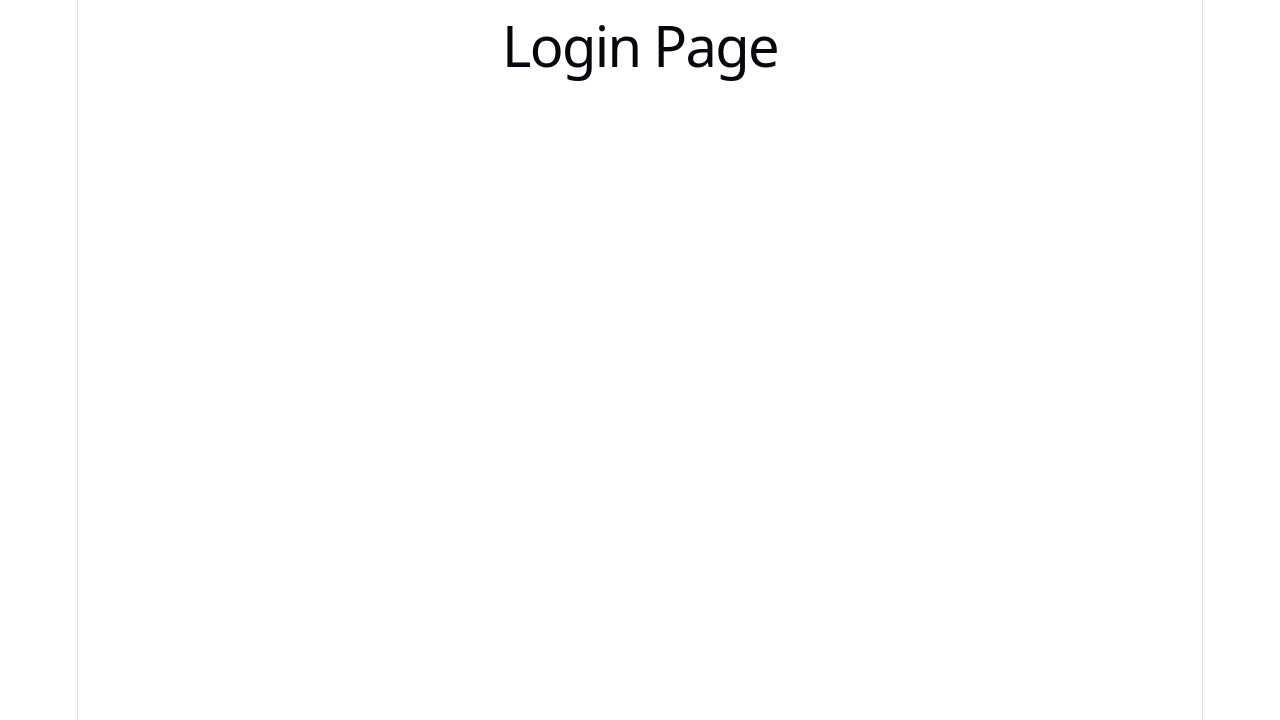
Repository: DeveshPatill/customer-support-crm-application
Page: / (app in client/client/)
These files come from the project's save history. The page is drawn as it stood at one moment and after the next save; the edit follows.
The browser window is 1280 px wide. The pictures show the whole page.
The project was rebuilt for these pictures with package versions that can differ from the ones it lists, and the page was loaded fresh each time. Also part of the build but not shown: client/client/vite.config.js, client/client/src/pages/Dashboard.jsx.

Above is the page before, as saved 2026-07-16 16:08:55.

### client/client/index.html
<!doctype html>
<html lang="en">
  <head>
    <meta charset="UTF-8" />
    <link rel="icon" type="image/svg+xml" href="/favicon.svg" />
    <meta name="viewport" content="width=device-width, initial-scale=1.0" />
    <title>client</title>
  </head>
  <body>
    <div id="root"></div>
    <script type="module" src="/src/main.jsx"></script>
  </body>
</html>

### client/client/src/index.css
:root {
  --text: #6b6375;
  --text-h: #08060d;
  --bg: #fff;
  --border: #e5e4e7;
  --code-bg: #f4f3ec;
  --accent: #aa3bff;
  --accent-bg: rgba(170, 59, 255, 0.1);
  --accent-border: rgba(170, 59, 255, 0.5);
  --social-bg: rgba(244, 243, 236, 0.5);
  --shadow:
    rgba(0, 0, 0, 0.1) 0 10px 15px -3px, rgba(0, 0, 0, 0.05) 0 4px 6px -2px;

  --sans: system-ui, 'Segoe UI', Roboto, sans-serif;
  --heading: system-ui, 'Segoe UI', Roboto, sans-serif;
  --mono: ui-monospace, Consolas, monospace;

  font: 18px/145% var(--sans);
  letter-spacing: 0.18px;
  color-scheme: light dark;
  color: var(--text);
  background: var(--bg);
  font-synthesis: none;
  text-rendering: optimizeLegibility;
  -webkit-font-smoothing: antialiased;
  -moz-osx-font-smoothing: grayscale;

  @media (max-width: 1024px) {
    font-size: 16px;
  }
}

@media (prefers-color-scheme: dark) {
  :root {
    --text: #9ca3af;
    --text-h: #f3f4f6;
    --bg: #16171d;
    --border: #2e303a;
    --code-bg: #1f2028;
    --accent: #c084fc;
    --accent-bg: rgba(192, 132, 252, 0.15);
    --accent-border: rgba(192, 132, 252, 0.5);
    --social-bg: rgba(47, 48, 58, 0.5);
    --shadow:
      rgba(0, 0, 0, 0.4) 0 10px 15px -3px, rgba(0, 0, 0, 0.25) 0 4px 6px -2px;
  }

  #social .button-icon {
    filter: invert(1) brightness(2);
  }
}

body {
  margin: 0;
}

#root {
  width: 1126px;
  max-width: 100%;
  margin: 0 auto;
  text-align: center;
  border-inline: 1px solid var(--border);
  min-height: 100svh;
  display: flex;
  flex-direction: column;
  box-sizing: border-box;
}

h1,
h2 {
  font-family: var(--heading);
  font-weight: 500;
  color: var(--text-h);
}

h1 {
  font-size: 56px;
  letter-spacing: -1.68px;
  margin: 32px 0;
  @media (max-width: 1024px) {
    font-size: 36px;
    margin: 20px 0;
  }
}
h2 {
  font-size: 24px;
  line-height: 118%;
  letter-spacing: -0.24px;
  margin: 0 0 8px;
  @media (max-width: 1024px) {
    font-size: 20px;
  }
}
p {
  margin: 0;
}

code,
.counter {
  font-family: var(--mono);
  display: inline-flex;
  border-radius: 4px;
  color: var(--text-h);
}

code {
  font-size: 15px;
  line-height: 135%;
  padding: 4px 8px;
  background: var(--code-bg);
}

### client/client/src/App.jsx
import { BrowserRouter, Routes, Route } from "react-router-dom";
import Login from "./pages/Login";
import Dashboard from "./pages/Dashboard";
import axios from "axios";
import { useEffect } from "react";

function App() {

  useEffect(() => {
    axios
      .get("http://localhost:5000")
      .then((res) => console.log(res.data))
      .catch((err) => console.log(err));
  }, []);

  return (
    <BrowserRouter>
      <Routes>
        <Route path="/" element={<Login />} />
        <Route path="/dashboard" element={<Dashboard />} />
      </Routes>
    </BrowserRouter>
  );
}

export default App;

### client/client/src/pages/Login.jsx
function Login() {
  return (
    <div>
      <h1>Login Page</h1>
    </div>
  );
}

export default Login;

Loaded but not shown: client/client/src/main.jsx (common file)

After the next save:
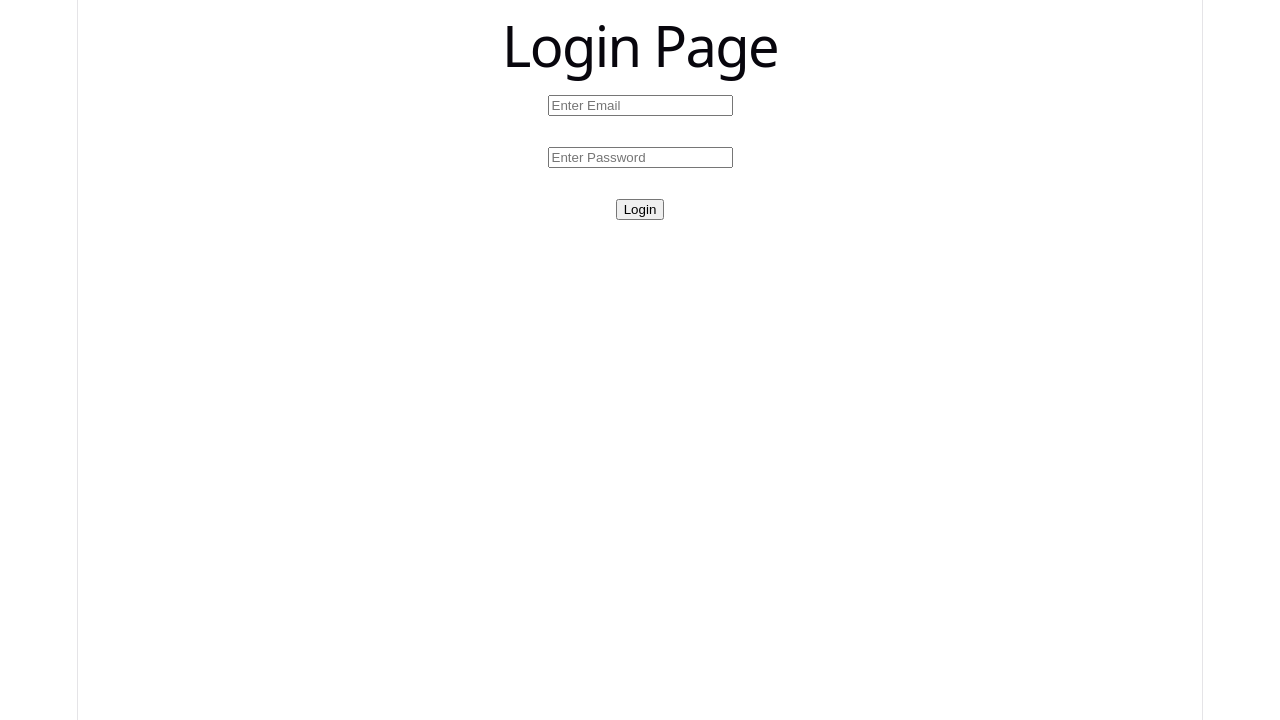
Saved 17 s later.
--- a/client/client/src/pages/Login.jsx
+++ b/client/client/src/pages/Login.jsx
@@ -1,9 +1,47 @@
-function Login() {
+import { useState } from "react";
+
+const Login = () => {
+  const [email, setEmail] = useState("");
+  const [password, setPassword] = useState("");
+
+  const handleLogin = (e) => {
+    e.preventDefault();
+
+    console.log({
+      email,
+      password,
+    });
+  };
+
   return (
     <div>
       <h1>Login Page</h1>
+
+      <form onSubmit={handleLogin}>
+        <input
+          type="email"
+          placeholder="Enter Email"
+          value={email}
+          onChange={(e) => setEmail(e.target.value)}
+        />
+
+        <br />
+        <br />
+
+        <input
+          type="password"
+          placeholder="Enter Password"
+          value={password}
+          onChange={(e) => setPassword(e.target.value)}
+        />
+
+        <br />
+        <br />
+
+        <button type="submit">Login</button>
+      </form>
     </div>
   );
-}
+};
 
 export default Login;
